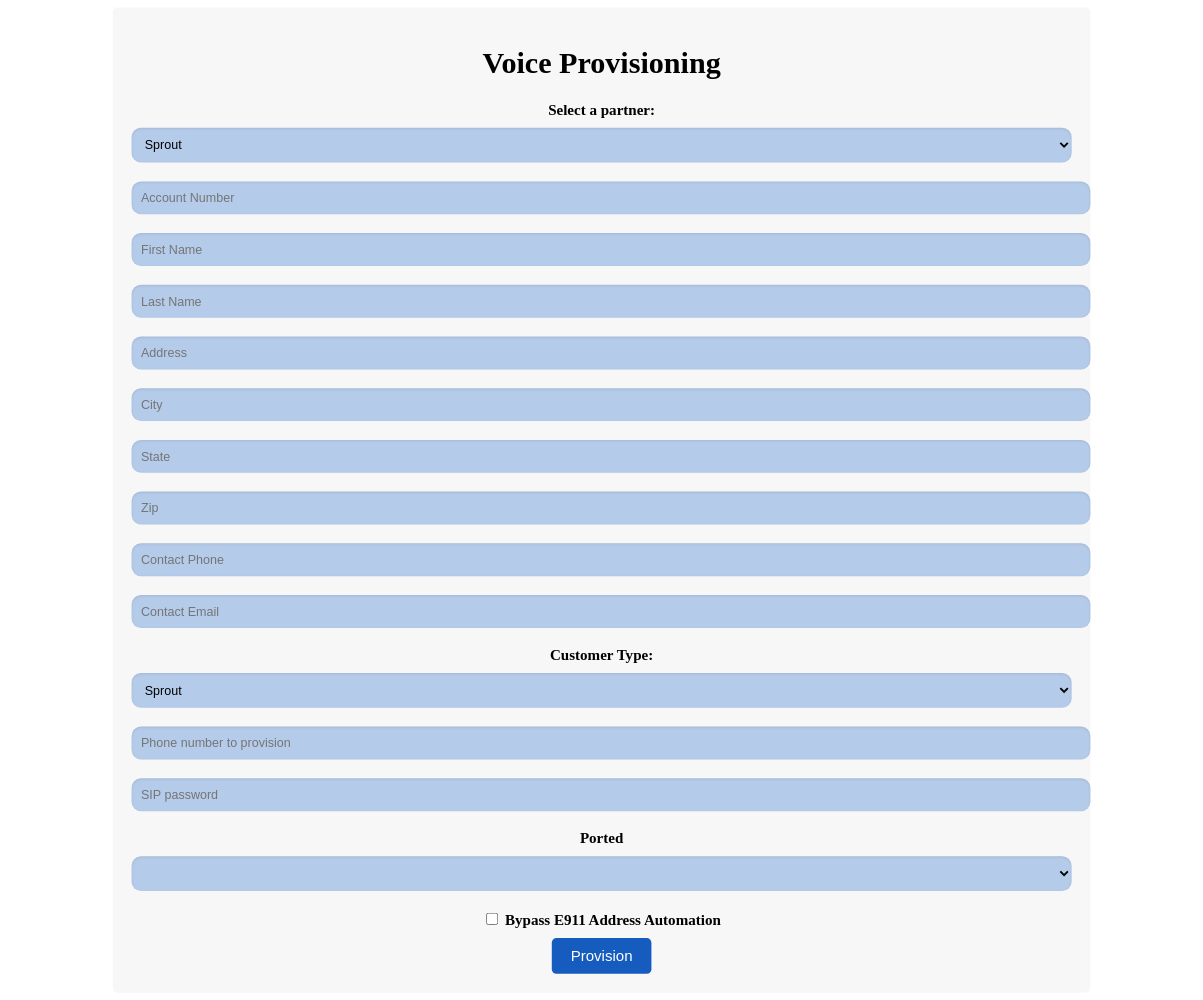
Repository: smallchungus/logiccom
Page: /
An editor plug-in stored every save of this project. The page is shown before and after the next save, followed by the edit.
The browser window is 1280 px wide. The pictures show the whole page, at 94% of full size.
The project was rebuilt for these pictures with package versions that can differ from the ones it lists, and the page was loaded fresh each time. Also part of the build but not shown: vite.config.ts.

Above is the page before, as saved 2023-05-04 11:42:47.

### src/App.vue
<style src="./styles.css"></style>


<template>


<form>
  <header>
    <h1>Voice Provisioning</h1>
  </header>
      <div class="form-group">
        <label for="partner">Select a partner:</label>
        <select id="partner" name="partner">
          <option value="Sprout">Sprout</option>
          <option value="option2">Option 2</option>
        </select>
      </div>

      <div class="form-group">
        <input type="text" id="accountNum" name="accountNum" placeholder="Account Number">
      </div>

      <div class="form-group">
        <input type="text" id="firstName" name="firstName" placeholder="First Name">
      </div>

      <div class="form-group">
        <input type="text" id="lastName" name="lastName" placeholder="Last Name">
      </div>

      <div class="form-group">
        <input type="text" id="address" name="address" placeholder="Address">
      </div>

      <div class="form-group">
        <input type="text" id="city" name="city" placeholder="City">
      </div>

      <div class="form-group">
        <input type="text" id="state" name="state" placeholder="State">
      </div>

      <div class="form-group">
        <input type="text" id="zip" name="zip" placeholder="Zip">
      </div>

      <div class="form-group">
        <input type="text" id="contactPhone" name="contactPhone" placeholder="Contact Phone">
      </div>

      <div class="form-group">
        <input type="text" id="contactEmail" name="contactEmail" placeholder="Contact Email">
      </div>

      <div class="form-group">
        <label for="customerType">Customer Type:</label>
        <select id="customerType" name="customerType">
          <option value="Sprout">Sprout</option>
          <option value="option2">Option 2</option>
        </select>
      </div>

      <div class="form-group">
        <input type="text" id="phoneToProv" name="phoneToProv" placeholder="Phone number to provision">
      </div>

      <div class="form-group">
        <input type="password" id="sipPassword" name="sipPassword" placeholder="SIP password">
      </div>


    <label for="ported">Ported</label>
    <select id="ported" name="ported">
      <option value=""></option>
      <option value="option2">Option 2</option>
    </select>

    <label>
      <input type="checkbox" >
      Bypass E911 Address Automation
    </label>

    <button type="submit">Provision</button>
  </form>
</template>

### src/styles.css
header {
    text-align: center;
    margin: 0 auto;
  }

  body {
    text-align: center;
  }

  form {
    background-color: #f7f7f7;
    border-radius: 5px;
    padding: 20px;
    margin: 0 auto;
    max-width: 1000px;
  }

  label {
    display: block;
    font-weight: bold;
    margin-bottom: 10px;
  }

  input[type="text"],
  input[type="password"],
  select {
    background-color: #b5cbea;
    width: 100%;
    padding: 10px;
    border: none;
    border-radius: 10px;
    margin-bottom: 20px;
    box-shadow: inset 0px 1px 3px rgba(0, 0, 0, 0.1);
    margin-right: 10px;
  }

  button[type="submit"] {
    background-color: #165cbe;
    color: #fff;
    border: none;
    border-radius: 5px;
    padding: 10px 20px;
    font-size: 16px;
    cursor: pointer;
  }

  @media (min-width: 1024px) {
    header {
      display: flex;
      justify-content: center;
      align-items: center;
    }
  }

Loaded but not shown: index.html (common file); src/main.ts (common file)

After the next save:
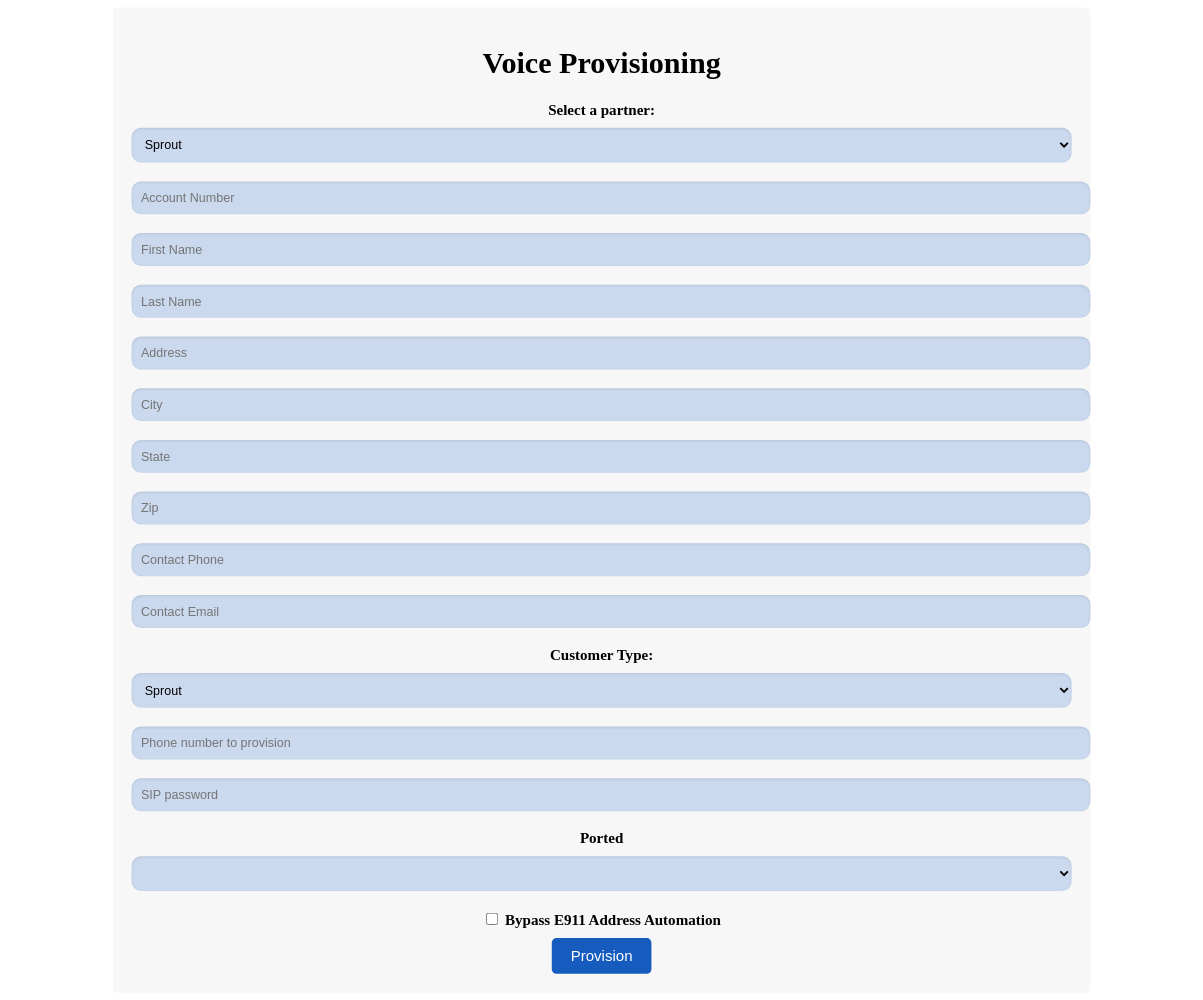
Saved 49 s later.
--- a/src/styles.css
+++ b/src/styles.css
@@ -24,7 +24,7 @@ header {
   input[type="text"],
   input[type="password"],
   select {
-    background-color: #b5cbea;
+    background-color: #cad9ee;
     width: 100%;
     padding: 10px;
     border: none;
